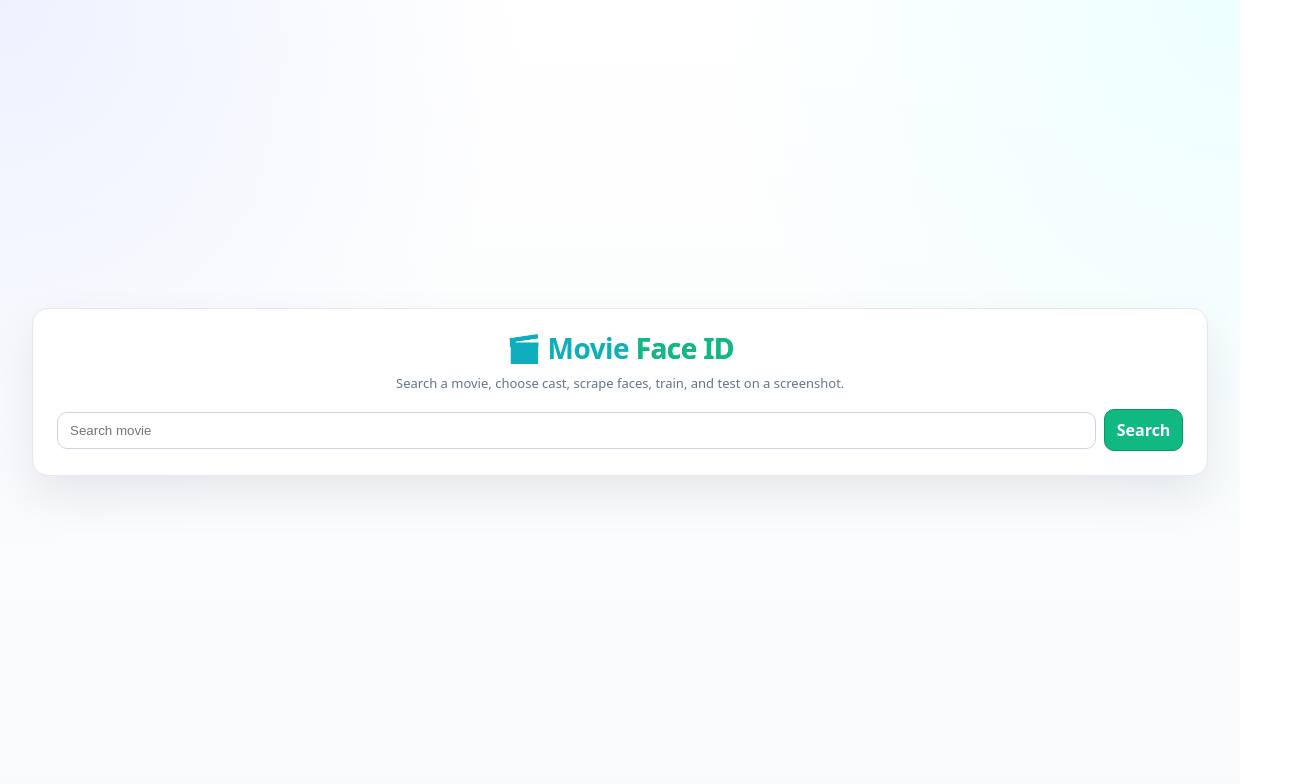
Repository: Jaybirdiix/Prosopagknows
Page: / (app in movie-face-id/client/)
The author's editor kept a copy of each file at every save. The page is drawn from the files as they stood at one save, then again after the next save.
The browser window is 1280 px wide. The page is 1280 px wide, then 1312 px, then 1280 px, so the pictures cover 1312 px, including what lies to the right of the window. The pictures show the whole page.
The project was rebuilt for these pictures with package versions that can differ from the ones it lists, and the page was loaded fresh each time. Also part of the build but not shown: movie-face-id/client/vite.config.js.

Above is the page before, as saved 2025-10-16 17:28:03.

After the next save:
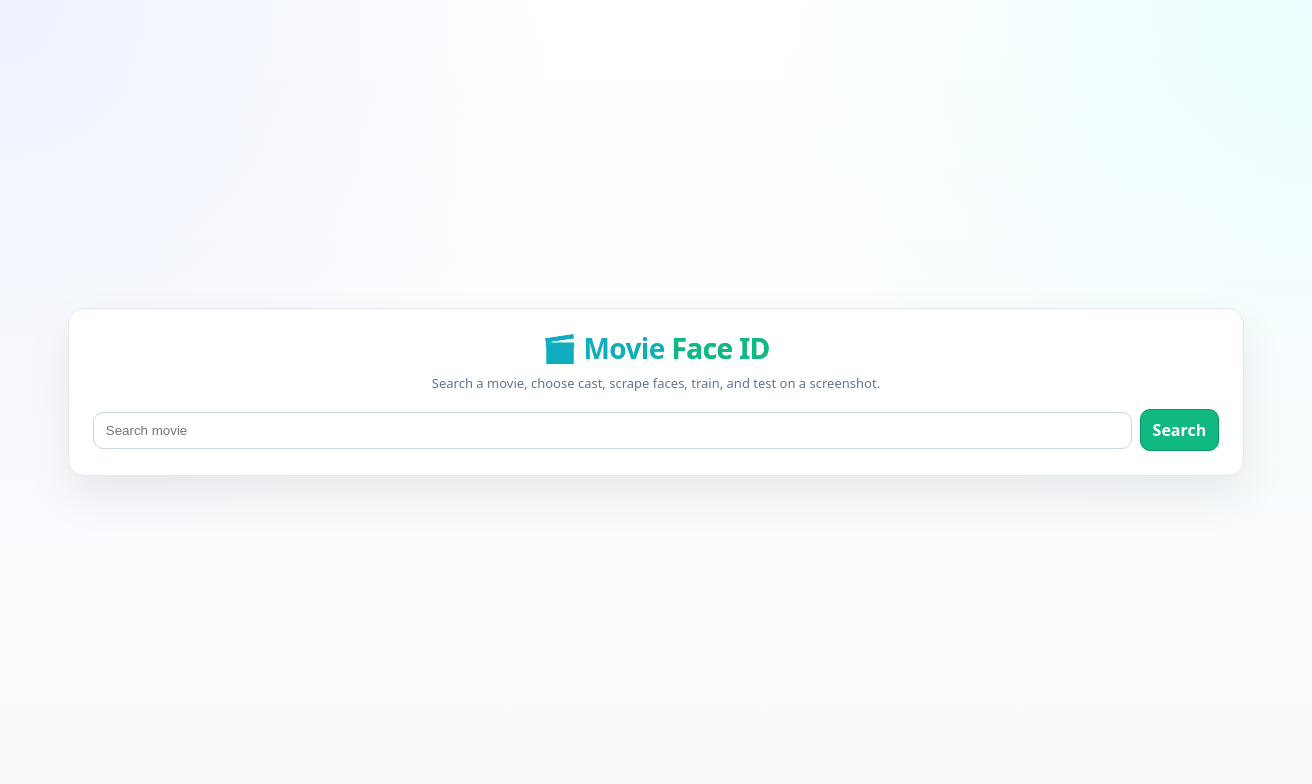
Saved 2 min 48 s later.
--- a/movie-face-id/client/src/App.jsx
+++ b/movie-face-id/client/src/App.jsx
@@ -263,6 +263,47 @@
     return () => clearTimeout(id);
     // eslint-disable-next-line react-hooks/exhaustive-deps
   }, [q]);
+
+  useEffect(() => {
+  const html = document.documentElement;
+  const body = document.body;
+  const root = document.getElementById('root') || document.getElementById('__next');
+
+  // remember previous inline styles to restore on unmount
+  const prev = {
+    htmlBg: html.style.backgroundColor,
+    bodyBg: body.style.backgroundColor,
+    bodyMargin: body.style.margin,
+    bodyOvX: body.style.overflowX,
+    rootBg: root?.style.backgroundColor,
+    rootW: root?.style.width,
+    rootMinW: root?.style.minWidth,
+  };
+
+  html.style.backgroundColor = '#ffffff';
+  body.style.backgroundColor = '#ffffff';
+  body.style.margin = '0';           // kill the default 8px body margin
+  body.style.overflowX = 'hidden';   // avoid 1px slivers on ultrawide
+
+  if (root) {
+    root.style.backgroundColor = '#ffffff';
+    root.style.width = '100%';
+    root.style.minWidth = '100%';
+  }
+
+  return () => {
+    html.style.backgroundColor = prev.htmlBg || '';
+    body.style.backgroundColor = prev.bodyBg || '';
+    body.style.margin = prev.bodyMargin || '';
+    body.style.overflowX = prev.bodyOvX || '';
+    if (root) {
+      root.style.backgroundColor = prev.rootBg || '';
+      root.style.width = prev.rootW || '';
+      root.style.minWidth = prev.rootMinW || '';
+    }
+  };
+}, []);
+
 
   function selectAll() {
     const next = { ...cast };

After the 3 saves that followed:
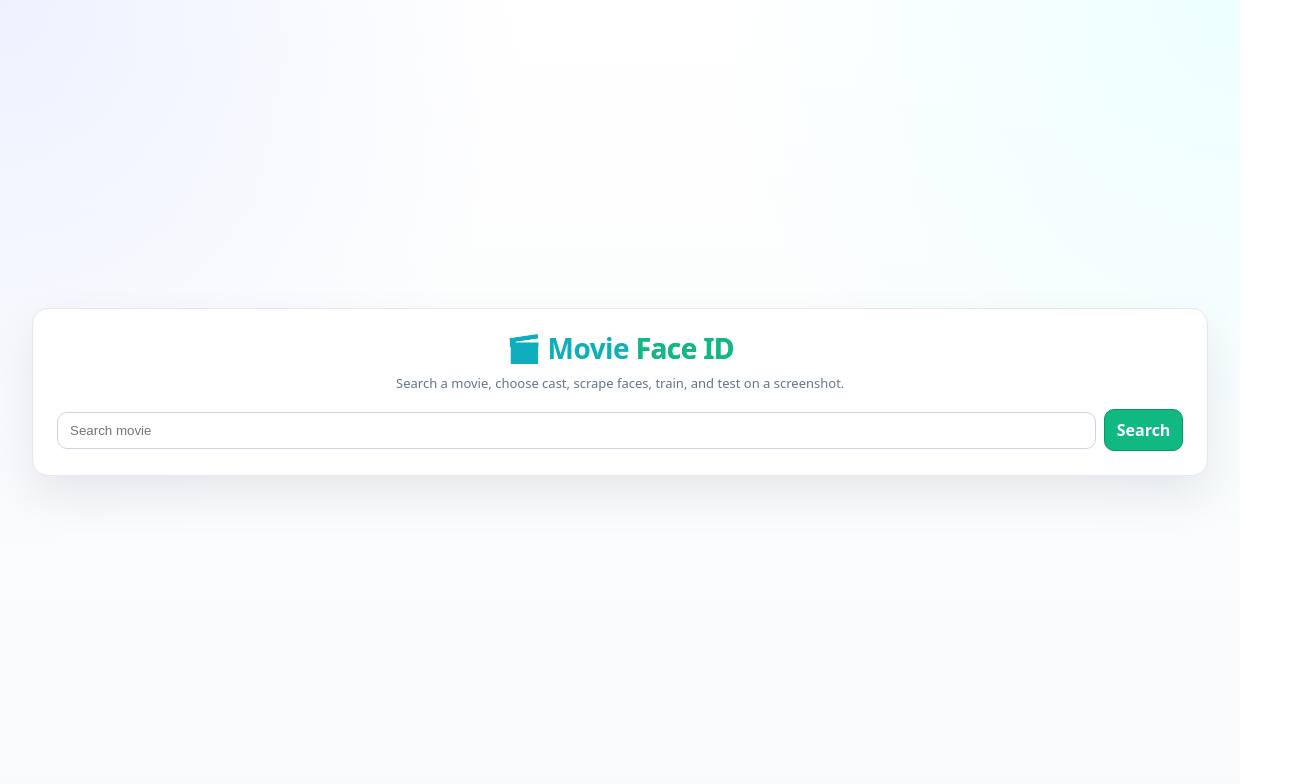
The 3 saves are shown as one change because 1 left the picture as it was and some came seconds apart.
The last was saved 12 s later.
--- a/movie-face-id/client/src/App.jsx
+++ b/movie-face-id/client/src/App.jsx
@@ -263,47 +263,6 @@
     return () => clearTimeout(id);
     // eslint-disable-next-line react-hooks/exhaustive-deps
   }, [q]);
-
-  useEffect(() => {
-  const html = document.documentElement;
-  const body = document.body;
-  const root = document.getElementById('root') || document.getElementById('__next');
-
-  // remember previous inline styles to restore on unmount
-  const prev = {
-    htmlBg: html.style.backgroundColor,
-    bodyBg: body.style.backgroundColor,
-    bodyMargin: body.style.margin,
-    bodyOvX: body.style.overflowX,
-    rootBg: root?.style.backgroundColor,
-    rootW: root?.style.width,
-    rootMinW: root?.style.minWidth,
-  };
-
-  html.style.backgroundColor = '#ffffff';
-  body.style.backgroundColor = '#ffffff';
-  body.style.margin = '0';           // kill the default 8px body margin
-  body.style.overflowX = 'hidden';   // avoid 1px slivers on ultrawide
-
-  if (root) {
-    root.style.backgroundColor = '#ffffff';
-    root.style.width = '100%';
-    root.style.minWidth = '100%';
-  }
-
-  return () => {
-    html.style.backgroundColor = prev.htmlBg || '';
-    body.style.backgroundColor = prev.bodyBg || '';
-    body.style.margin = prev.bodyMargin || '';
-    body.style.overflowX = prev.bodyOvX || '';
-    if (root) {
-      root.style.backgroundColor = prev.rootBg || '';
-      root.style.width = prev.rootW || '';
-      root.style.minWidth = prev.rootMinW || '';
-    }
-  };
-}, []);
-
 
   function selectAll() {
     const next = { ...cast };
